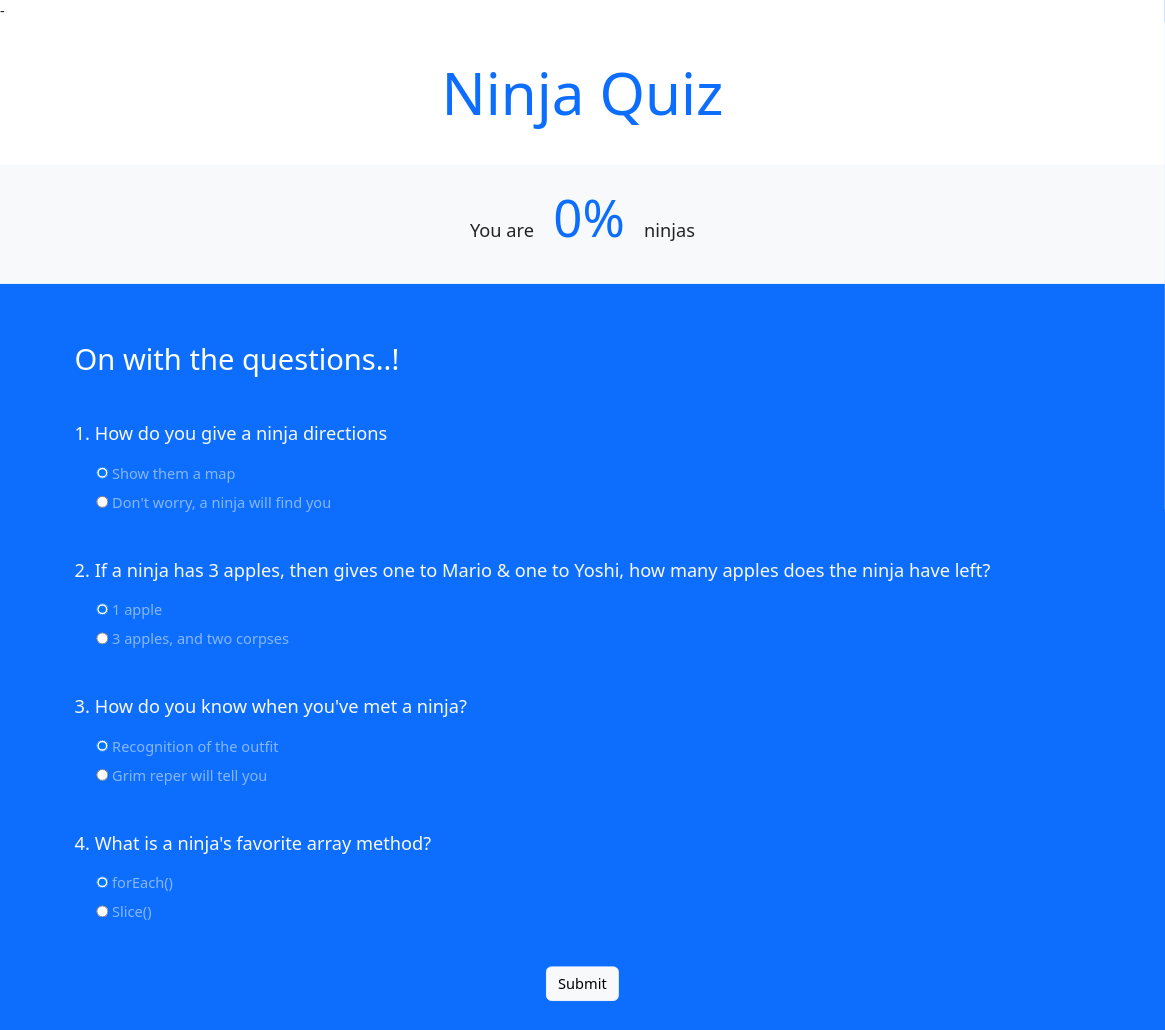
Repository: Programmer-RD-AI/Modern-JavaScript-Complete-guide-from-Novice-to-Ninja
Page: ninja_quiz/index.html
The author's editor kept a copy of each file at every save. The page is drawn from the files as they stood at one save, then again after a run of saves.
The browser window is 1280 px wide. The pictures show the whole page, at 91% of full size.
After loading, the first visible `form.quiz-form` was submitted once.

Above is the page before, as saved 2023-12-26 16:14:23.

### ninja_quiz/index.html
<html lang="en">
  <head>
    <meta charset="UTF-8" />
    -
    <meta name="viewport" content="width=device-width, initial-scale=1.0" />
    <link
      href="https://cdn.jsdelivr.net/npm/bootstrap@5.3.2/dist/css/bootstrap.min.css"
      rel="stylesheet"
      integrity="sha384-T3c6CoIi6uLrA9TneNEoa7RxnatzjcDSCmG1MXxSR1GAsXEV/Dwwykc2MPK8M2HN"
      crossorigin="anonymous"
    />
    <title>Ninja Quiz</title>
    <link rel="stylesheet" href="style.css" />
  </head>
  <body>
    <!-- introduction -->
    <div class="intro py-3 bg-white text-center">
      <div class="container">
        <h2 class="text-primary display-3 my-4">Ninja Quiz</h2>
      </div>
    </div>
    <!-- percentage -->
    <div class="result py-4 d-none bg-light text-center">
      <div class="container lead">
        <p>You are <span class="text-primary display-4 p-3">0%</span> ninjas</p>
      </div>
    </div>
    <!-- quiz section -->
    <div class="quiz py-3 bg-primary">
      <div class="container">
        <h2 class="my-5 text-white">On with the questions..!</h2>
        <form class="quiz-form text-light">
          <div class="my-5">
            <p class="lead font-weight-normal">
              1. How do you give a ninja directions
            </p>
            <div class="form-check my-2 text-white-50">
              <input type="radio" name="q1" value="A" checked />
              <label class="form-check-label">Show them a map</label>
            </div>
            <div class="form-check my-2 text-white-50">
              <input type="radio" name="q1" value="B" />
              <label class="form-check-label"
                >Don't worry, a ninja will find you</label
              >
            </div>
          </div>
          <div class="my-5">
            <p class="lead font-weight-normal">
              2. If a ninja has 3 apples, then gives one to Mario & one to
              Yoshi, how many apples does the ninja have left?
            </p>
            <div class="form-check my-2 text-white-50">
              <input type="radio" name="q2" value="A" checked />
              <label class="form-check-label">1 apple</label>
            </div>
            <div class="form-check my-2 text-white-50">
              <input type="radio" name="q2" value="B" />
              <label class="form-check-label">3 apples, and two corpses</label>
            </div>
          </div>
          <div class="my-5">
            <p class="lead font-weight-normal">
              3. How do you know when you've met a ninja?
            </p>
            <div class="form-check my-2 text-white-50">
              <input type="radio" name="q3" value="A" checked />
              <label class="form-check-label">Recognition of the outfit</label>
            </div>
            <div class="form-check my-2 text-white-50">
              <input type="radio" name="q3" value="B" />
              <label class="form-check-label">Grim reper will tell you</label>
            </div>
          </div>
          <div class="my-5">
            <p class="lead font-weight-normal">
              4. What is a ninja's favorite array method?
            </p>
            <div class="form-check my-2 text-white-50">
              <input type="radio" name="q4" value="A" checked />
              <label class="form-check-label">forEach()</label>
            </div>
            <div class="form-check my-2 text-white-50">
              <input type="radio" name="q4" value="B" />
              <label class="form-check-label">Slice()</label>
            </div>
          </div>
          <div class="text-center">
            <input type="submit" class="btn btn-light" />
          </div>
        </form>
      </div>
    </div>
    <script src="app.js"></script>
  </body>
</html>

### ninja_quiz/app.js
const correctAnswers = ["B", "B", "B", "B"];
const form = document.querySelector(".quiz-form");
const percentage = document.querySelector("div.result");
form.addEventListener("submit", (e) => {
  e.preventDefault();
  let score = 0;
  const userAnswers = [
    form.q1.value,
    form.q2.value,
    form.q3.value,
    form.q4.value,
  ];
  userAnswers.forEach((userAnswer, idx) => {
    if (userAnswer === correctAnswers[idx]) {
      score += 100 / correctAnswers.length;
    }
  });
  percentage.classList.remove("d-none");
  percentage.querySelector("span").textContent = `${score}%`;
});

// window object (global object, where everything is stored)
// console.log("hello");
// window.console.log("hello");
console.log(document.querySelector("form"));
setTimeout(() => {}, 3000);

Loaded but not shown: ninja_quiz/style.css (no stored copy; drawn as an empty file)

After the next 4 saves:
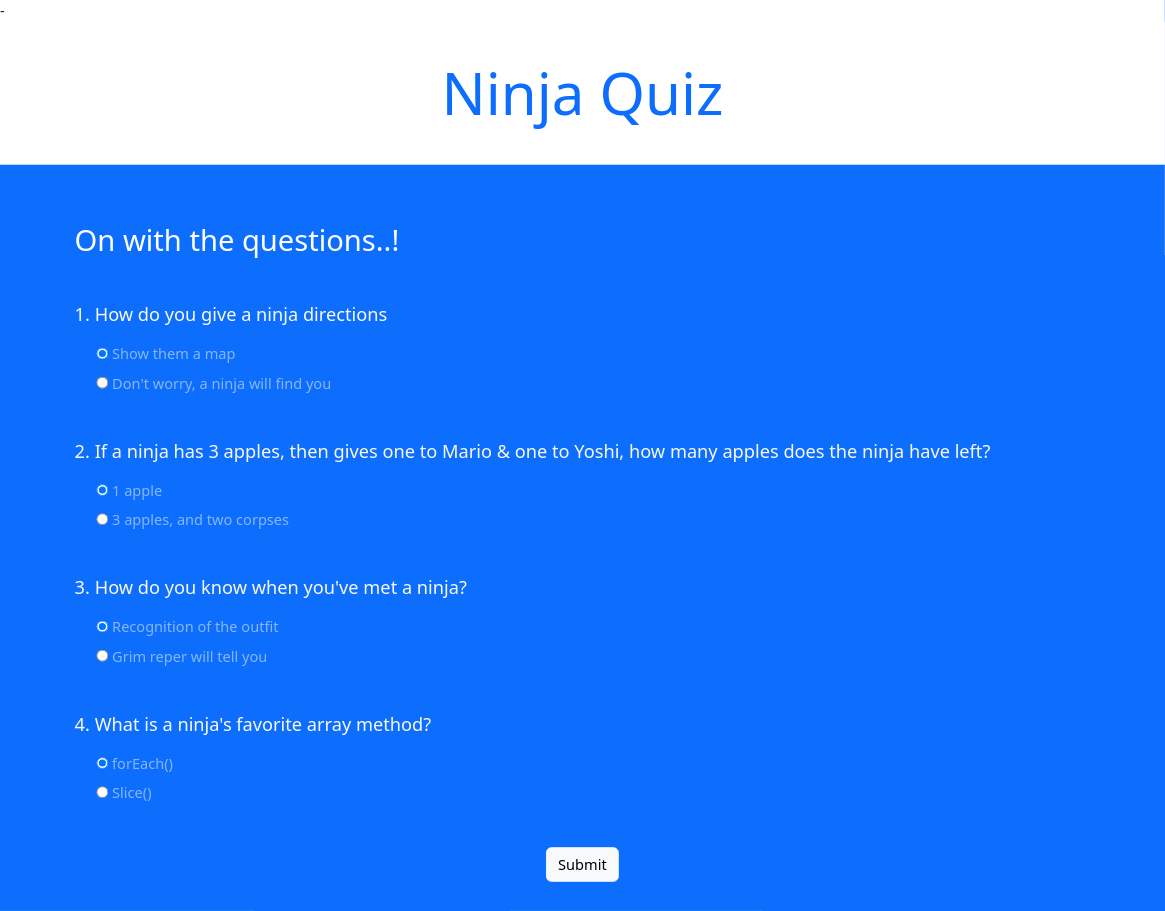
The 4 saves are shown as one change because they came seconds apart.
The last was saved 10 s later.
--- a/ninja_quiz/app.js
+++ b/ninja_quiz/app.js
@@ -15,12 +15,13 @@
       score += 100 / correctAnswers.length;
     }
   });
-  percentage.classList.remove("d-none");
-  percentage.querySelector("span").textContent = `${score}%`;
+  setTimeout(() => {
+    percentage.classList.remove("d-none");
+    percentage.querySelector("span").textContent = `${score}%`;
+  }, 3000);
 });
 
 // window object (global object, where everything is stored)
 // console.log("hello");
 // window.console.log("hello");
 console.log(document.querySelector("form"));
-setTimeout(() => {}, 3000);

After the 3 saves that followed:
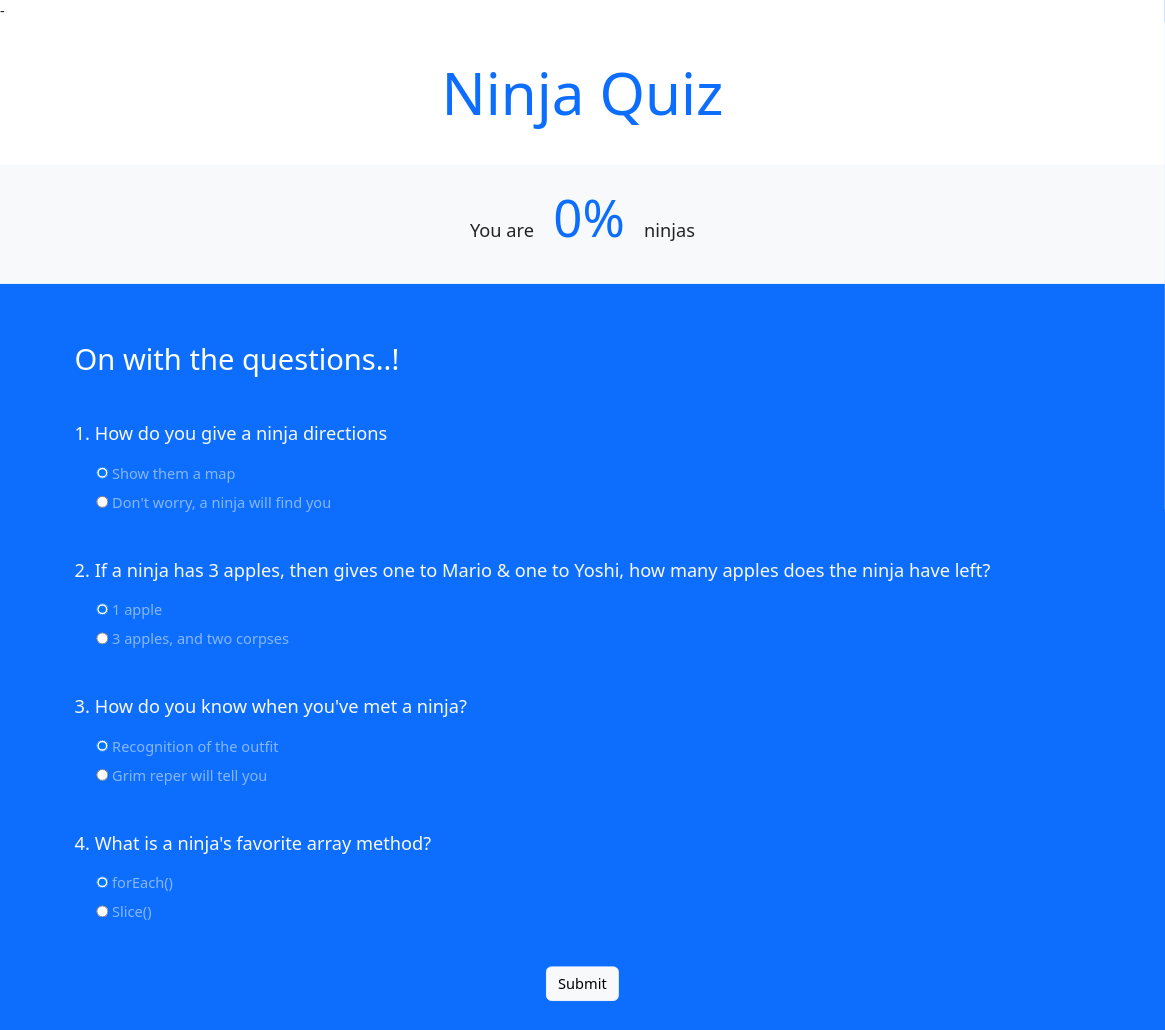
The 3 saves are shown as one change because 1 left the picture as it was and some came seconds apart.
The last was saved 32 s later.
--- a/ninja_quiz/app.js
+++ b/ninja_quiz/app.js
@@ -15,10 +15,11 @@
       score += 100 / correctAnswers.length;
     }
   });
-  setTimeout(() => {
+//   setTimeout(() => {
+//     percentage.classList.remove("d-none");
+//     percentage.querySelector("span").textContent = `${score}%`;
+    //   }, 3000);
     percentage.classList.remove("d-none");
-    percentage.querySelector("span").textContent = `${score}%`;
-  }, 3000);
 });
 
 // window object (global object, where everything is stored)
